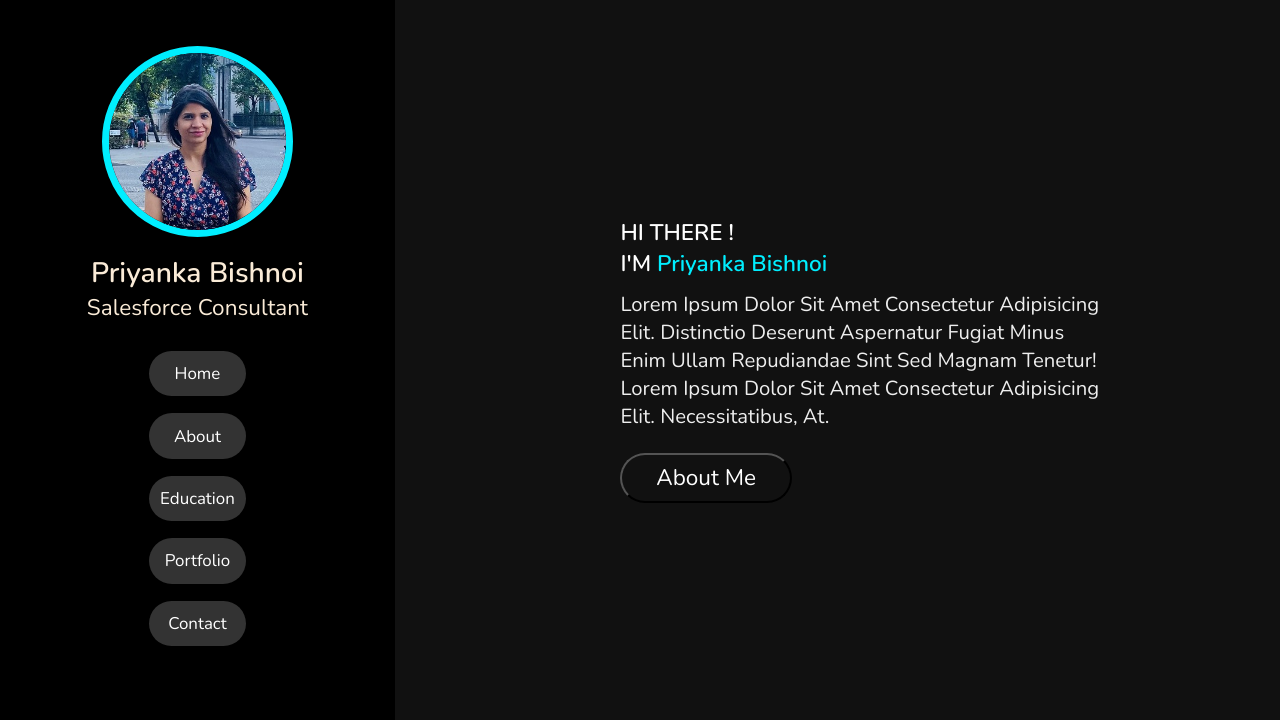
Repository: priyanka-bishnoi/PortfolioPage
Page: MyPage.html
These files come from the project's save history. The page is drawn as it stood at one moment and after the next save; the edit follows.
The browser window is 1280 px wide. The pictures show the whole page.
The pointer rests on the first visible `.btn`.

Above is the page before, as saved 2022-10-08 16:58:49.

### MyPage.html
<!DOCTYPE html>
<html>
<head>
    <link rel="stylesheet" href="css/style.css">

</head>
<body>
<header>
    <div class= "user">
        <img src="Background1.jpg"/>
        <h1 class="name" >Priyanka Bishnoi</h1>
        <p class="post" >Salesforce Consultant</p>
    </div>

    <nav class="navBar">
        <ul>
            <li> <a href="#home">Home</a></li>
            <li> <a href="#about">About</a></li>
            <li> <a href="#education">Education</a></li>
            <li> <a href="#portfolio">Portfolio</a></li>
            <li> <a href="#contact">Contact</a></li>

        </ul>


    </nav>


</header>

<!-- Home-->

<section class="home" id="home">

    <h3>HI THERE !</h3>
    <h1>I'M <span>Priyanka Bishnoi</span></h1>
    <p>Lorem ipsum dolor sit amet consectetur adipisicing elit. Distinctio deserunt aspernatur fugiat minus enim ullam repudiandae sint sed magnam tenetur! Lorem ipsum dolor sit amet consectetur adipisicing elit. Necessitatibus, at.
    </p>
    <a href="#about"><button class="btn">about me </button></a>


</section>


</body>
</html>

### css/style.css
@import url('https://fonts.googleapis.com/css2?family=Nunito:wght@200;300;400;600&display=swap');
:root{
    --orange:rgb(0, 238, 255);
}
*{
    font-family: 'Nunito', sans-serif;
    margin:0;
    padding:0;
    box-sizing:border-box;
    text-decoration:none;
    text-transform:capitalize;
    transition:all .2s linear;
}
html {
    font-size:70.5%;
    overflow-x:hidden;
}
body{
    background:#111;
    overflow-x: hidden;
    padding-left: 40rem;
}

section{
    min-height: 100vh;
    padding:1rem;
}

.btn{
    padding:.7rem 3rem;
    background:#333;
    color:#fff;
    cursor: pointer;
    margin-top: 1rem;
    font-size: 2rem;
    border-radius: 5rem;
}

.btn i{
    padding:0 .5rem;
    font-size: 1.8rem;
}

.btn:hover{
    background:var(--yellow);
}

header {
    position:fixed;
    top:0; left:0;
    z-index:1000;
    height:100%;
    width:35rem;
    background:black;
    display:flex;
    align-items: center;
    justify-content: center;
    flex-flow: column;
    text-align: center;
}

header .user img {
    height: 17rem;
    width: 17rem;
    border-radius: 50%;
    object-fit: cover;
    margin-bottom: 1rem;
    border: 0.7rem solid var(--orange);
}
header .user .name {
    font-size: 2.5rem;
    color: antiquewhite;
}
header .user .post{
    font-size: 2rem;
    color: antiquewhite;
}

header .navBar {
    font-size : 2rem;
}
header .navBar ul{
    list-style: none;
    padding:1rem 2rem;
}
header .navBar ul li a{
    display: block;
    padding:1rem;
    margin:1.5rem 0;
    background:#333;
    color:#fff;
    font-size: 1.5rem;
    border-radius: 5rem;
}

header .navBar ul li a:hover{
    background:rgb(0, 238, 255);
}


.home{
    display: flex;
    justify-content: center;
    flex-flow: column;
    padding:0 15rem;
}

.home h3{
    font-size: 2rem;
    color:#fff;
}

.home h1{
    font-size:2rem;
    color:#fff;
}

.home h1 span{
    color:var(--orange);
}

.home p{
    font-size:1.8rem;
    color:#eee;
    padding: 1rem 0;
}

After the next save:
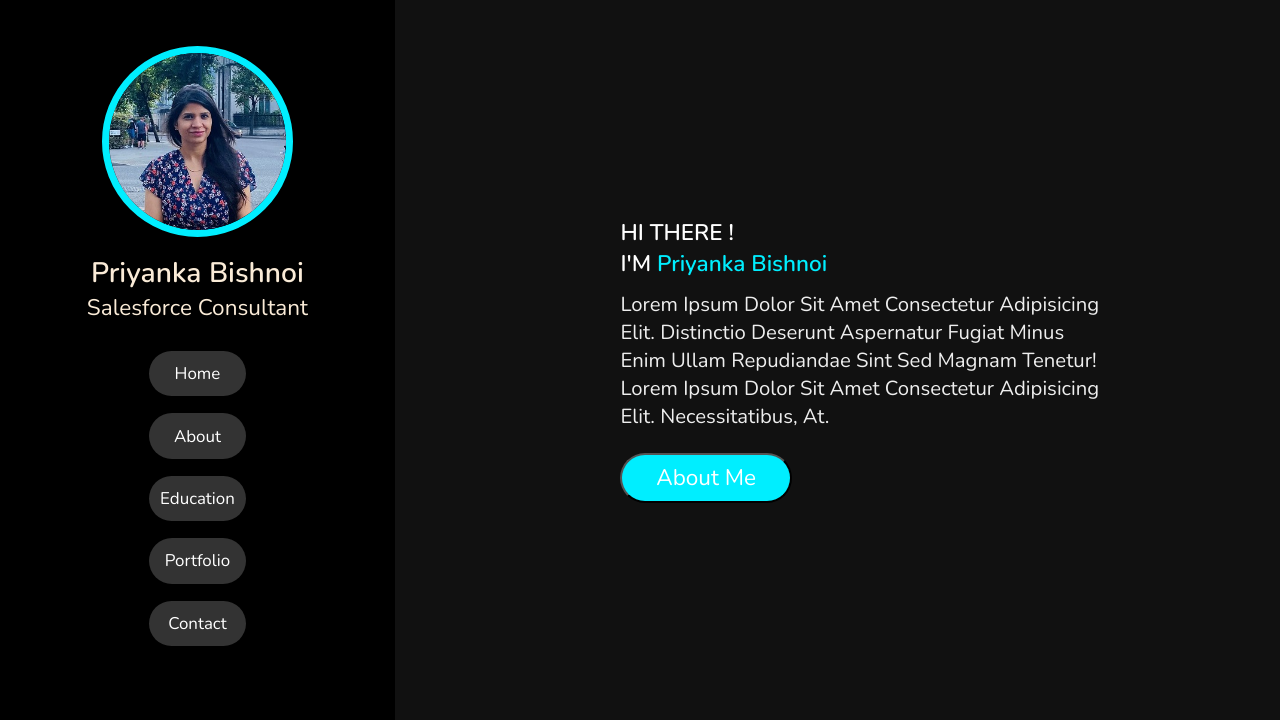
Saved 73 s later.
--- a/css/style.css
+++ b/css/style.css
@@ -42,7 +42,7 @@ section{
 }
 
 .btn:hover{
-    background:var(--yellow);
+    background:var(--orange);
 }
 
 header {
